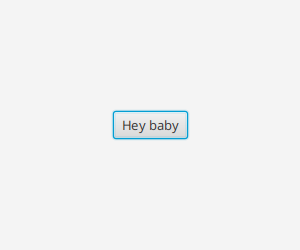
Repository: atafs/BackEnd_JavaSWING
Program's window: java Module_GUI_1_2JavaFX/src/americo/main/Main02.java
The author's editor kept a copy of each file at every save. The program's window is drawn from the files as they stood at one save, then again after the next save.
It runs on Java 21 on a 1366 x 768 screen with JavaFX 11; the title bar is not drawn.

Above is the program's window before, as saved 2015-06-26 23:52:03.

### Module_GUI_1_2JavaFX/src/americo/main/Main02.java
package americo.main;

import javafx.application.Application;
import javafx.event.ActionEvent;
import javafx.event.EventHandler;
import javafx.scene.Scene;
import javafx.scene.control.Button;
import javafx.scene.layout.StackPane;
import javafx.stage.Stage;

public class Main02 extends Application implements EventHandler<ActionEvent> {

    Button button;

    public static void main(String[] args) {
        launch(args);
    }

    @Override
    public void start(Stage primaryStage) {
        primaryStage.setTitle("Title of Window");
        button = new Button();
        button.setText("Hey baby");

        //This class will handle the button events
        button.setOnAction(this);

        StackPane layout = new StackPane();
        layout.getChildren().add(button);
        Scene scene = new Scene(layout, 300, 250);
        primaryStage.setScene(scene);
        primaryStage.show();
    }

    //When button is clicked, handle() gets called
    //Button click is an ActionEvent (also MouseEvents, TouchEvents, etc...)
    @Override
    public void handle(ActionEvent event) {
        if (event.getSource() == button)
            System.out.println("Hey Charlie!");
    }

}

After the next save:
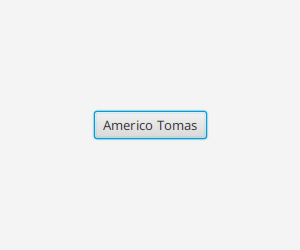
Saved 6 min 19 s later.
--- a/Module_GUI_1_2JavaFX/src/americo/main/Main02.java
+++ b/Module_GUI_1_2JavaFX/src/americo/main/Main02.java
@@ -20,7 +20,7 @@
     public void start(Stage primaryStage) {
         primaryStage.setTitle("Title of Window");
         button = new Button();
-        button.setText("Hey baby");
+        button.setText("Americo Tomas");
 
         //This class will handle the button events
         button.setOnAction(this);
